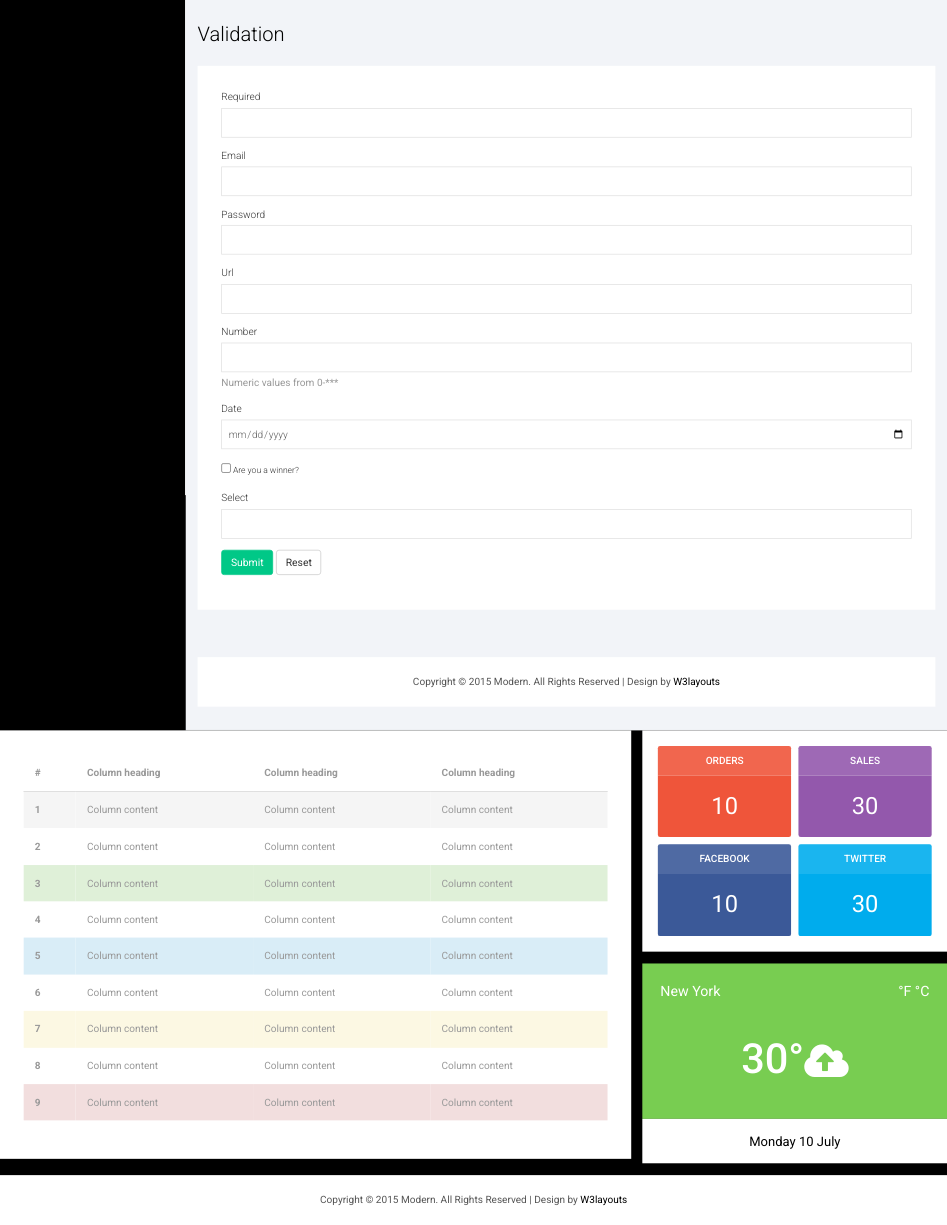
Repository: NomanMustafa/laravel-blog
Page: http://localhost/user/profile
An editor plug-in stored every save of this project. The page is shown before and after the next save, followed by the edit.
The browser window is 1280 px wide. The pictures show the whole page, at 74% of full size.
The page is served by the project's Laravel application, run on PHP 8.4 with Laravel 8. A made-up administrator, Test User (test@example.com), is signed in.

Above is the page before, as saved 2020-07-06 00:27:32.
Console error (its wording comes from the project's code and is left out).

After the next save:
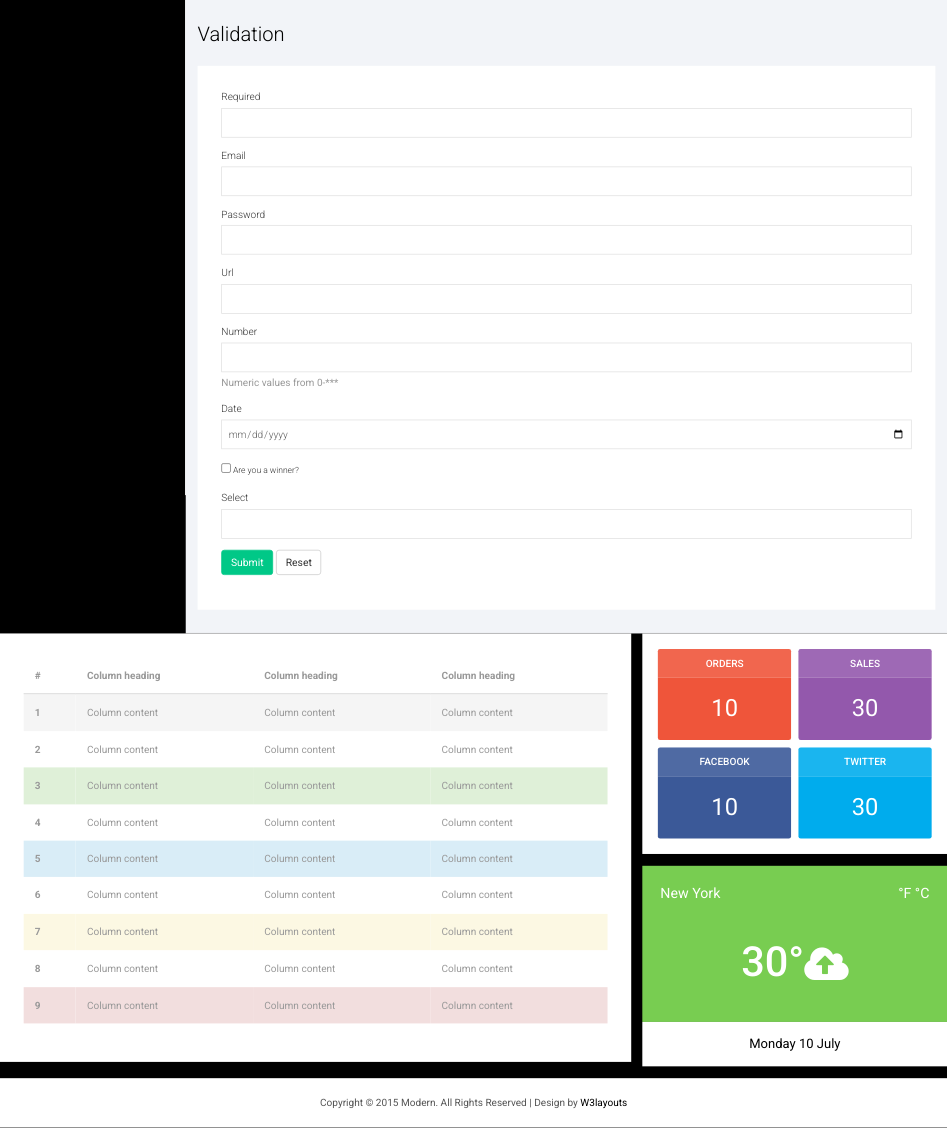
Saved 3 min 43 s later.
--- a/resources/views/user/profile.blade.php
+++ b/resources/views/user/profile.blade.php
@@ -60,10 +60,7 @@
         </form>
       </div>
     </div>
-    <div class="copy_layout">
-      <p>Copyright © 2015 Modern. All Rights Reserved | Design by <a href="http://w3layouts.com/" target="_blank">W3layouts</a> </p>
-   </div>
-   </div>
-      </div>
+
+
 
 @endsection
